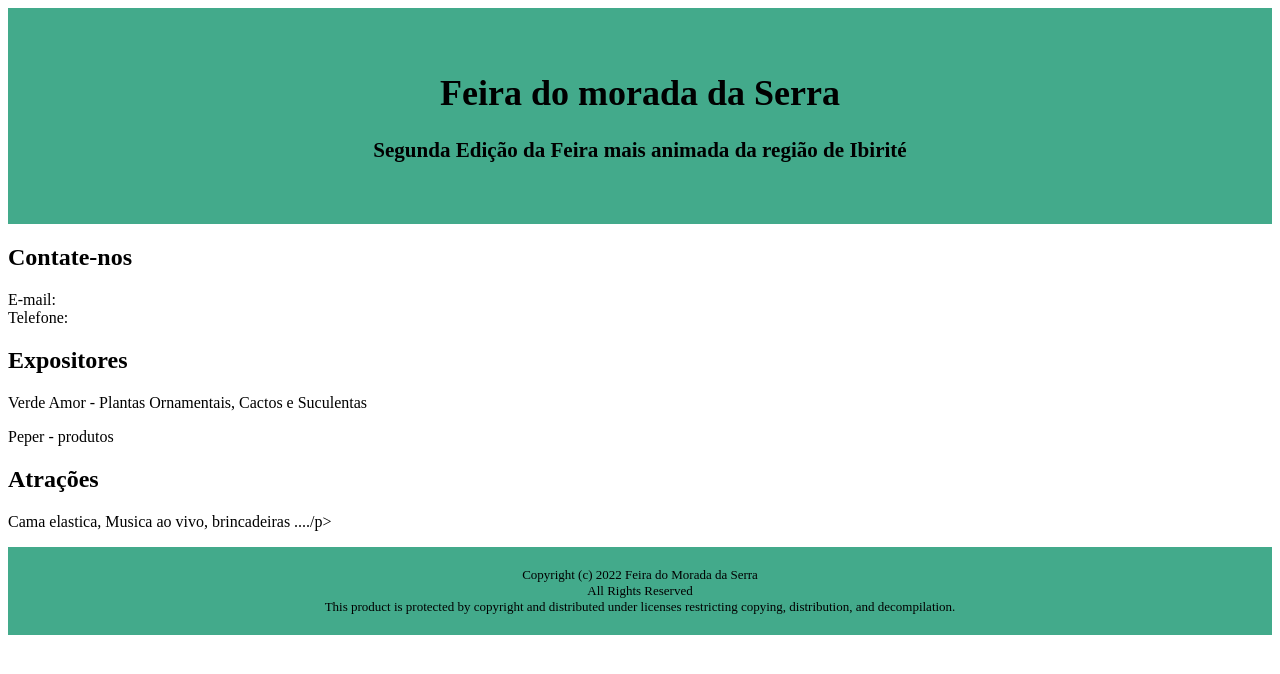
Repository: valerianogueirasilva/feiraibirite
Page: SoacialProject/Index.html
These files come from the project's save history. The page is drawn as it stood at one moment and after the next save; the edit follows.
The browser window is 1280 px wide. The pictures show the whole page.

Above is the page before, as saved 2022-07-11 15:01:48.

After the next save:
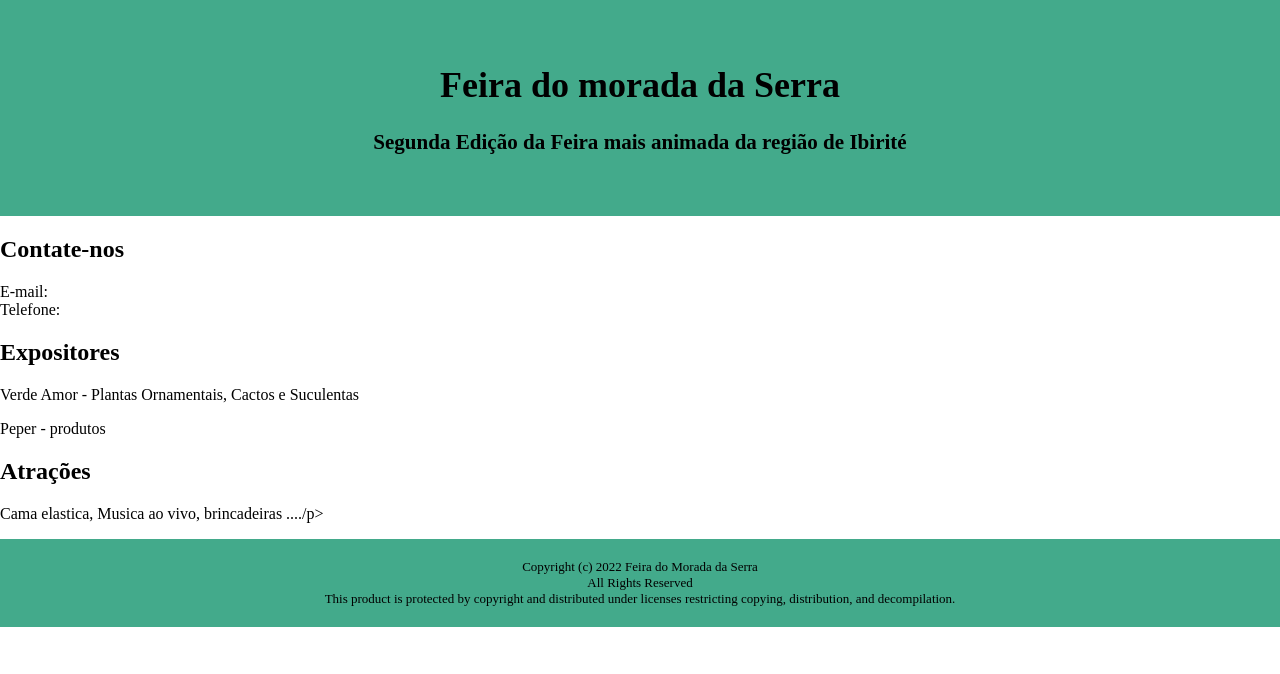
Saved 81 s later.
--- a/SoacialProject/Css/cssfile.css
+++ b/SoacialProject/Css/cssfile.css
@@ -12,6 +12,11 @@ https://coolors.co/f94144-f3722c-f8961e-fdc9b0-f9c74f-74a94c-43aa8b-4f9290-fffff
    padding: 40px;
    font-size: 18px;
 }
+
+body {
+  margin: 0;
+}
+
 
 .ColumnMiddleClass{
 	width: 50%;
